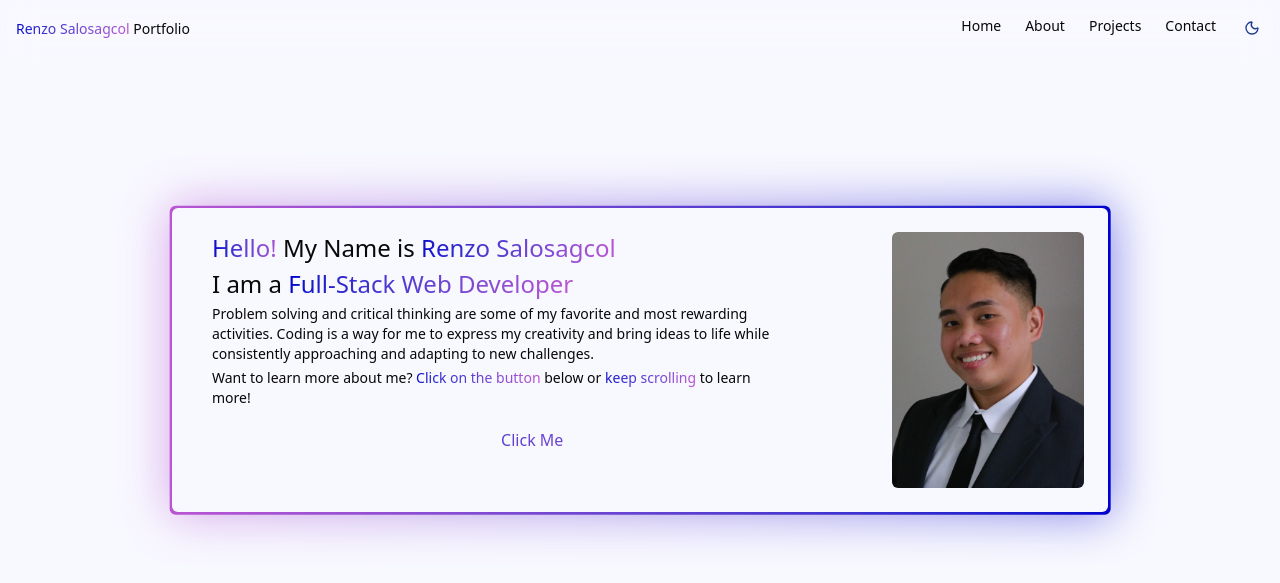
Repository: Renzo-Salosagcol/Updated_Personal_Portfolio
Page: /
These files come from the project's save history. The page is drawn as it stood at one moment and after the next save; the edit follows.
The browser window is 1280 px wide. The pictures show the whole page.
The project was rebuilt for these pictures with package versions that can differ from the ones it lists, and the page was loaded fresh each time. Also part of the build but not shown: vite.config.js, src/pages/NotFound.jsx.

Above is the page before, as saved 2025-10-09 20:19:06.

After the next save:
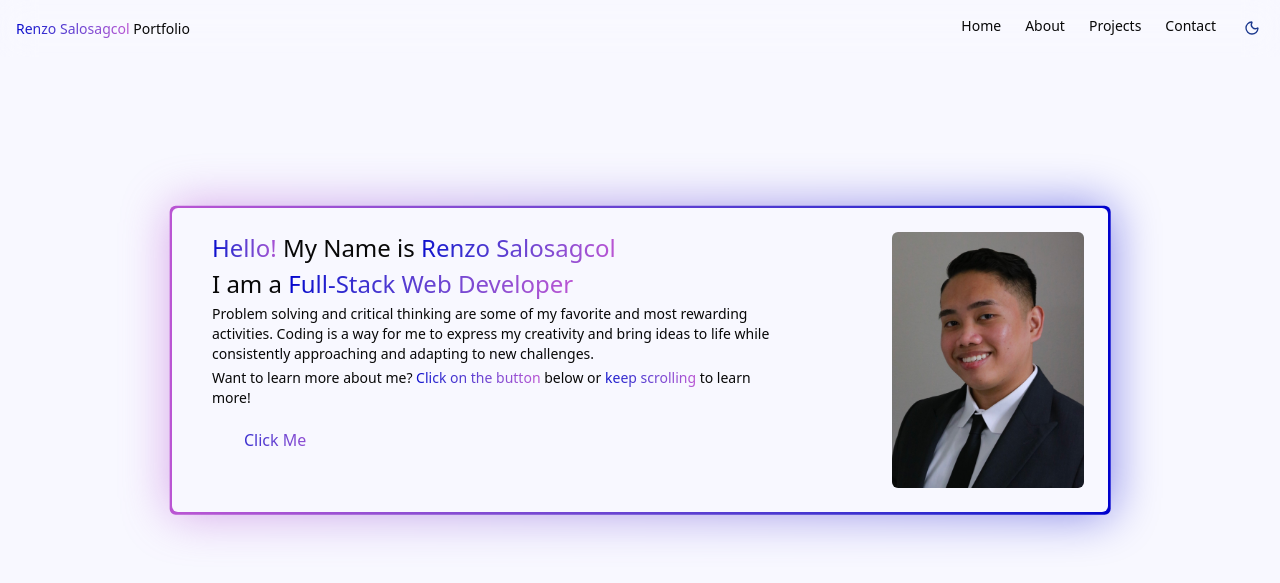
Saved 2 min 21 s later.
--- a/src/components/Hero.jsx
+++ b/src/components/Hero.jsx
@@ -15,10 +15,15 @@ export const Hero = () => {
             <h3 className="w-md md:w-lg lg:w-xl text-sm">Problem solving and critical thinking are some of my favorite and most rewarding activities. Coding is a way for me to express my creativity and bring ideas to life while consistently approaching and adapting to new challenges.</h3>
             <h3 className="w-md md:w-lg lg:w-xl text-sm">Want to learn more about me?
               <span className="gradient-text"> Click on the button</span> below or
-              <span className="gradient-text"> keep scrolling</span> to learn more!</h3>
-            <button className="gradient-button">
+              <span className="gradient-text"> keep scrolling</span> to learn more!
+            </h3>
+            <a
+              href="#about"
+            >
+              <button className="gradient-button">
               Click Me
             </button>
+            </a>
           </div>
           <div>
             <img
